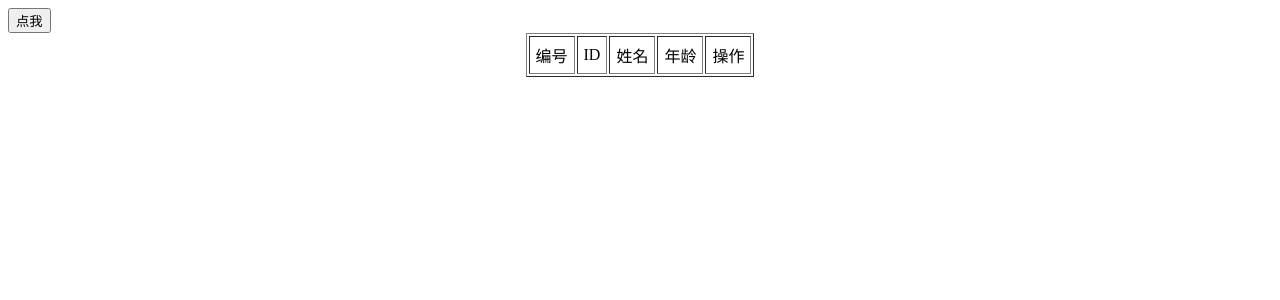
Repository: DataBoxWx/mvc_servlet_3
Page: http://localhost/2_jsp1/ajax/ajax4.jsp
The author's editor kept a copy of each file at every save. The page is drawn from the files as they stood at one save, then again after the next save.
The browser window is 1280 px wide. The pictures show the whole page.
The page is served by Tomcat 9.

Above is the page before, as saved 2018-05-05 05:44:53.

After the next save:
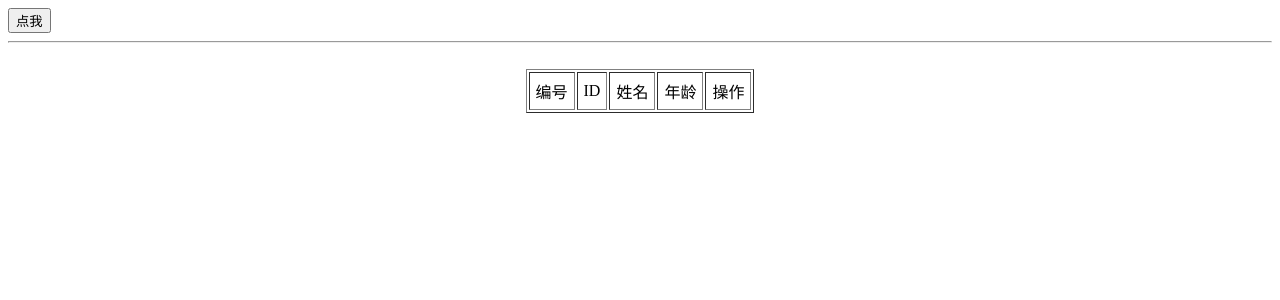
Saved 40 s later.
--- a/2_jsp1/WebContent/ajax/ajax4.jsp
+++ b/2_jsp1/WebContent/ajax/ajax4.jsp
@@ -25,7 +25,7 @@
 </script>
 </head>
 <body>
-	<button id="btn">点我</button><br>
+	<button id="btn">点我</button><br><hr><br/>
 	<table align="center" border="1" cellpadding="6">
 		<thead>
 			<tr>
@@ -46,7 +46,7 @@
 				</td>
 			</tr>
 		</thead>
-		<tbody></tbody>
+		<tbody id="tbody"></tbody>
 	</table>
 </body>
 </html>
